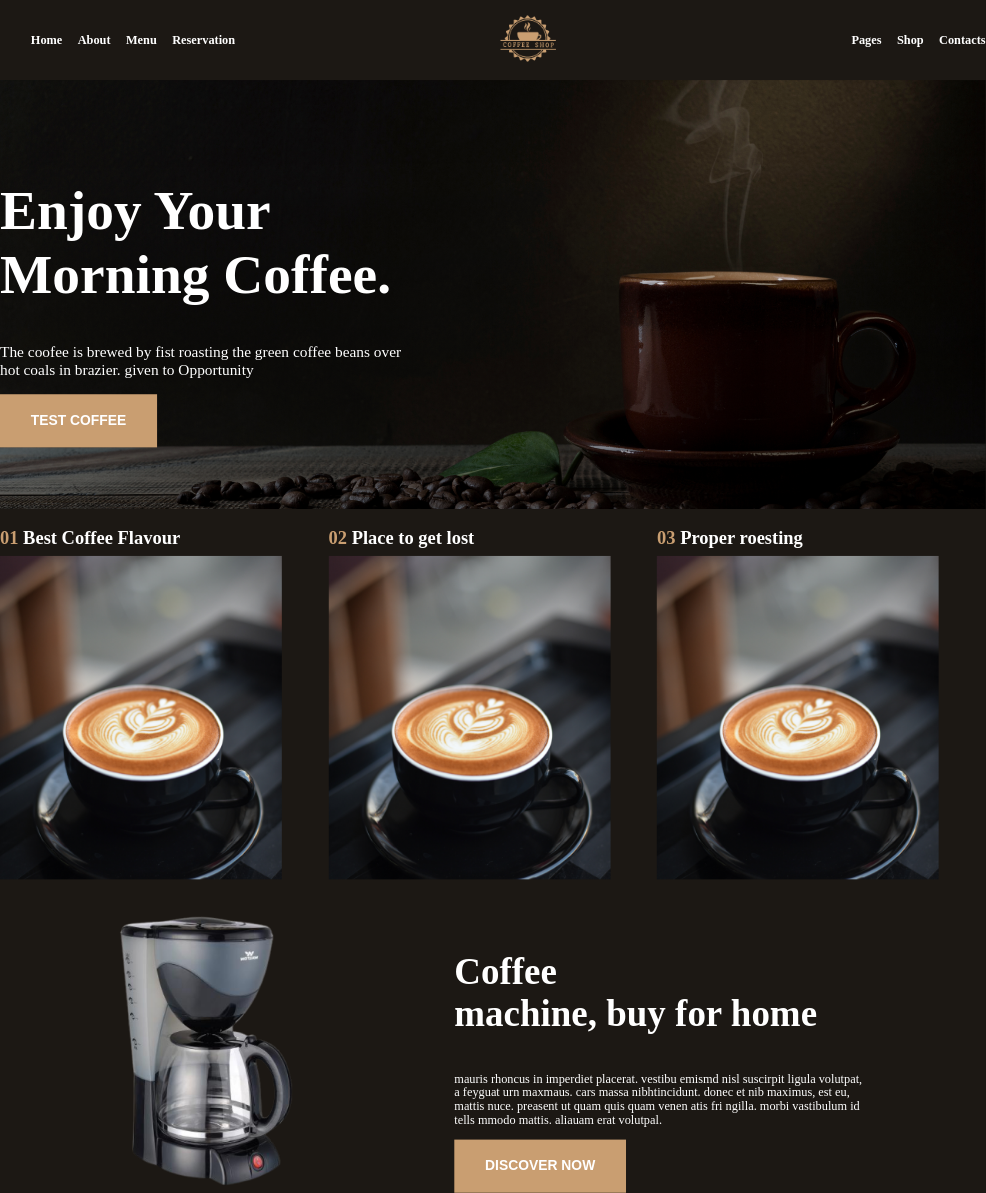
Repository: SitoraRashidova/CoffeShop_Figma
Page: /
An editor plug-in stored every save of this project. The page is shown before and after the next save, followed by the edit.
The browser window is 1280 px wide. The pictures show the whole page, at 77% of full size.
The project was rebuilt for these pictures with package versions that can differ from the ones it lists, and the page was loaded fresh each time. Also part of the build but not shown: vite.config.js.

Above is the page before, as saved 2024-11-24 23:53:51.

### src/index.css
/* :root {
  font-family: Inter, system-ui, Avenir, Helvetica, Arial, sans-serif;
  line-height: 1.5;
  font-weight: 400;

  color-scheme: light dark;
  color: rgba(255, 255, 255, 0.87);
  background-color: #242424;

  font-synthesis: none;
  text-rendering: optimizeLegibility;
  -webkit-font-smoothing: antialiased;
  -moz-osx-font-smoothing: grayscale;
} */

body{
  margin: 0;
  background-color: #1C1814;
}

*{
  box-sizing: border-box;
}


.container {
  width: 100%;
  max-width: 1296px;
  margin: 0 auto;
}

/* Header uchun style */

.header{
  background-color: #1C1814;
  padding: 20px 0;
}

.header-wrapper{
  display: flex;
  align-items: center;
  justify-content: space-between;
}

.nav-list{
  display: flex;
  align-items: center;
  justify-content: space-between;
  gap: 20px;
}

.nav-list__item{
  list-style: none;
}

.nav-list__item-link{
  color: white;
  text-decoration: none;
  font-weight: 600;
}

/* Hero uchun style */

.hero{
  width: 100%;
  height: auto;
  background-image: url('./assets/hero-logo.png');
  background-size: cover;
  background-repeat: no-repeat;
}

.hero-content{
  width: 100%;
  max-width: 529px;
  padding: 80px 0;
}

.hero-content__title{
  font-size: 72px;
  color: #fff;
}

.hero-content__desc{
  font-size: 20px;
  color: #fff;
}

.hero-btn{
  padding: 24px 40px;
  font-weight: 700;
  font-size: 18px;
  border: none;
  background-color: #C99E71;
  color: #fff;
}

/* type Coffee uchun style */

.type-coffee{
  display: grid;
  grid-template-columns: 1fr 1fr 1fr;
  margin-bottom: 40px;
}

.type-coffee__title{
   font-size: 24px;
   margin-bottom: 10px;
   color: #fff;
}

.type-coffee__title b{
  color: #C99E71;
}

.type-coffee_image{
  width: 366px;
  height: 420px;
}


/* DISCOWER */

.discower-wrapper{
  display: flex;
  justify-content: space-between;
  gap: 80px;
  width: 100%;
  max-width: 970px;
  margin: 0 auto;
}

.discower-wrapper h3{
  margin-bottom: 0 0 10px 0;
  font-size: 48px;
  color: white;
}

.discower-wrapper p{
  font-size: 16px;
  color: white;
}

.discover-card{
  width: 100%;
  max-width: 535px;
}

### src/App.jsx
import "./App.css";
import DiscowerCoffee from "./components/discower-coffee";
import Header from "./components/header";
import Hero from "./components/hero";
import TypeCofee from "./components/type-coffee";

function App() {
  return (
    <>
      <Header />
      <Hero />
      <TypeCofee />
      <DiscowerCoffee/>
    </>
  );
}

export default App;

### src/App.css
*{
  box-sizing: border-box;
}

/* Header uchun style */

.container {
  width: 100%;
  max-width: 1296px;
  margin: 0 auto;
}

### src/components/discower-coffee.tsx
import React from "react";
import BlenderImage from '../assets/blender.png'

const DiscowerCoffee = () => {
  return (
    <div className="container">
      <div className="discower-wrapper">
        <div>
          <img src={BlenderImage} alt="Coffee machine, buy for home" />
        </div>
        <div className="discover-card">
          <h3>Coffee <br /> machine, buy for home</h3>
          <p>
            mauris rhoncus in imperdiet placerat. vestibu emismd nisl suscirpit
            ligula volutpat, a feyguat urn maxmaus. cars massa nibhtincidunt.
            donec et nib maximus, est eu, mattis nuce. preasent ut quam quis
            quam venen atis fri ngilla. morbi vastibulum id tells mmodo mattis.
            aliauam erat volutpal.
          </p>
          <button className="hero-btn">DISCOVER NOW</button>
        </div>
      </div>
    </div>
  );
};

export default DiscowerCoffee;

### src/components/header.jsx
import Logo from "../assets/Logo.png";

const Header = () => {
  return (
    <header className="header">
      <div className="container">
        <div className="header-wrapper">
          <nav>
            <ul className="nav-list">
              <li className="nav-list__item">
                <a className="nav-list__item-link" href="/home">
                  Home
                </a>
              </li>
              <li className="nav-list__item">
                <a className="nav-list__item-link" href="/about">
                  About
                </a>
              </li>
              <li className="nav-list__item">
                <a className="nav-list__item-link" href="/menu">
                  Menu
                </a>
              </li>
              <li className="nav-list__item">
                <a className="nav-list__item-link" href="/Reservation">
                  Reservation
                </a>
              </li>
            </ul>
          </nav>
          <div>
            <img src={Logo} alt="web site logo" />
          </div>
          <nav>
            <ul className="nav-list">
              <li className="nav-list__item">
                <a className="nav-list__item-link" href="/home">
                  Pages
                </a>
              </li>
              <li className="nav-list__item">
                <a className="nav-list__item-link" href="/about">
                  Shop
                </a>
              </li>
              <li className="nav-list__item">
                <a className="nav-list__item-link" href="/menu">
                  Contacts
                </a>
              </li>
            </ul>
          </nav>
        </div>
      </div>
    </header>
  );
};

export default Header;

### src/components/hero.jsx


const Hero = () => {
  return (
    <div className="hero">
        <div className="container">
           <div className="hero-content">
            <h1 className="hero-content__title">Enjoy Your
            Morning Coffee.</h1>
            <p className="hero-content__desc">The coofee is brewed by fist roasting the green coffee beans over hot coals in brazier. given to Opportunity</p>
            <button className="hero-btn">TEST COFFEE</button>
           </div>
        </div>
    </div>
  )
}

export default Hero

### src/components/type-coffee.jsx
import CoffeeImage from '../assets/coffee-one.png'


const TypeCofee = () => {
  return (
    <div className="container">
        <div className="type-coffee">
            <div>
                <h3 className='type-coffee__title'><b className=''>01</b> Best Coffee Flavour</h3>
                <img className='type-coffee_image' src={CoffeeImage} alt="Best Coffee Flavour" />
            </div>
            <div>
                <h3 className='type-coffee__title'><b className=''>02</b> Place to get lost</h3>
                <img className='type-coffee_image' src={CoffeeImage} alt="Best Coffee Flavour" />
            </div>
            <div>
                <h3 className='type-coffee__title'><b className=''>03</b> Proper roesting</h3>
                <img className='type-coffee_image' src={CoffeeImage} alt="Best Coffee Flavour" />
            </div>
        </div>
    </div>
  )
}

export default TypeCofee

Loaded but not shown: index.html (common file); src/main.jsx (common file)

After the next save:
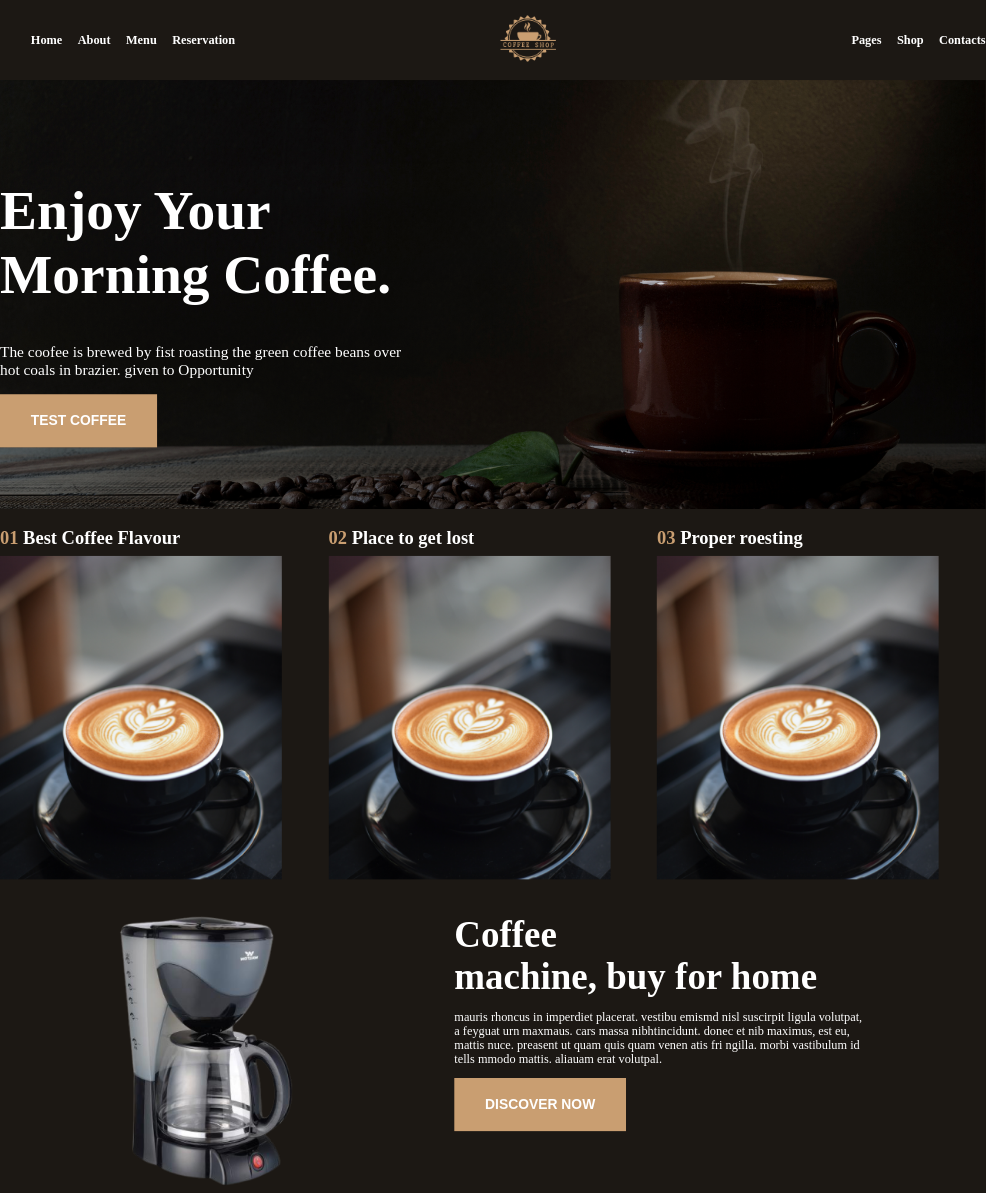
Saved 24 s later.
--- a/src/index.css
+++ b/src/index.css
@@ -130,7 +130,7 @@ body{
 }
 
 .discower-wrapper h3{
-  margin-bottom: 0 0 10px 0;
+  margin: 0 0 10px 0;
   font-size: 48px;
   color: white;
 }
